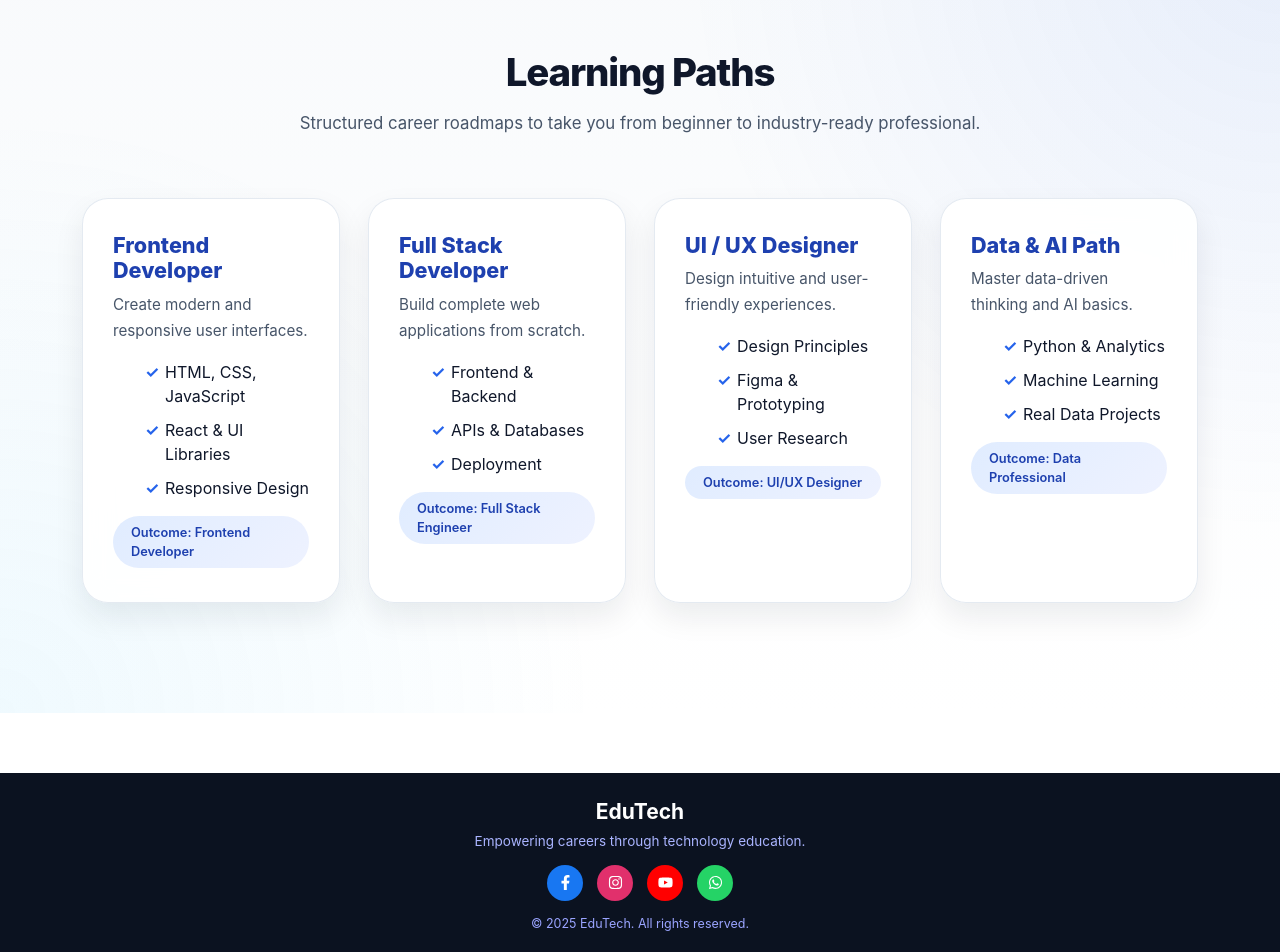
Repository: Aswin74k/project-2
Page: /
These files come from the project's save history. The page is drawn as it stood at one moment and after the next save; the edit follows.
The browser window is 1280 px wide. The pictures show the part of the page from y = 2183 to 3135 px (the page is 3135 px tall).
The project was rebuilt for these pictures with package versions that can differ from the ones it lists, and the page was loaded fresh each time. Also part of the build but not shown: vite.config.js, src/project/course.css, src/project/Course.jsx, src/project/About.css, src/project/About.jsx, src/project/Enroll.css, src/project/Enroll.jsx, src/project/contact.css and 2 more.

Above is the page before, as saved 2025-12-25 19:30:11.

After the next save:
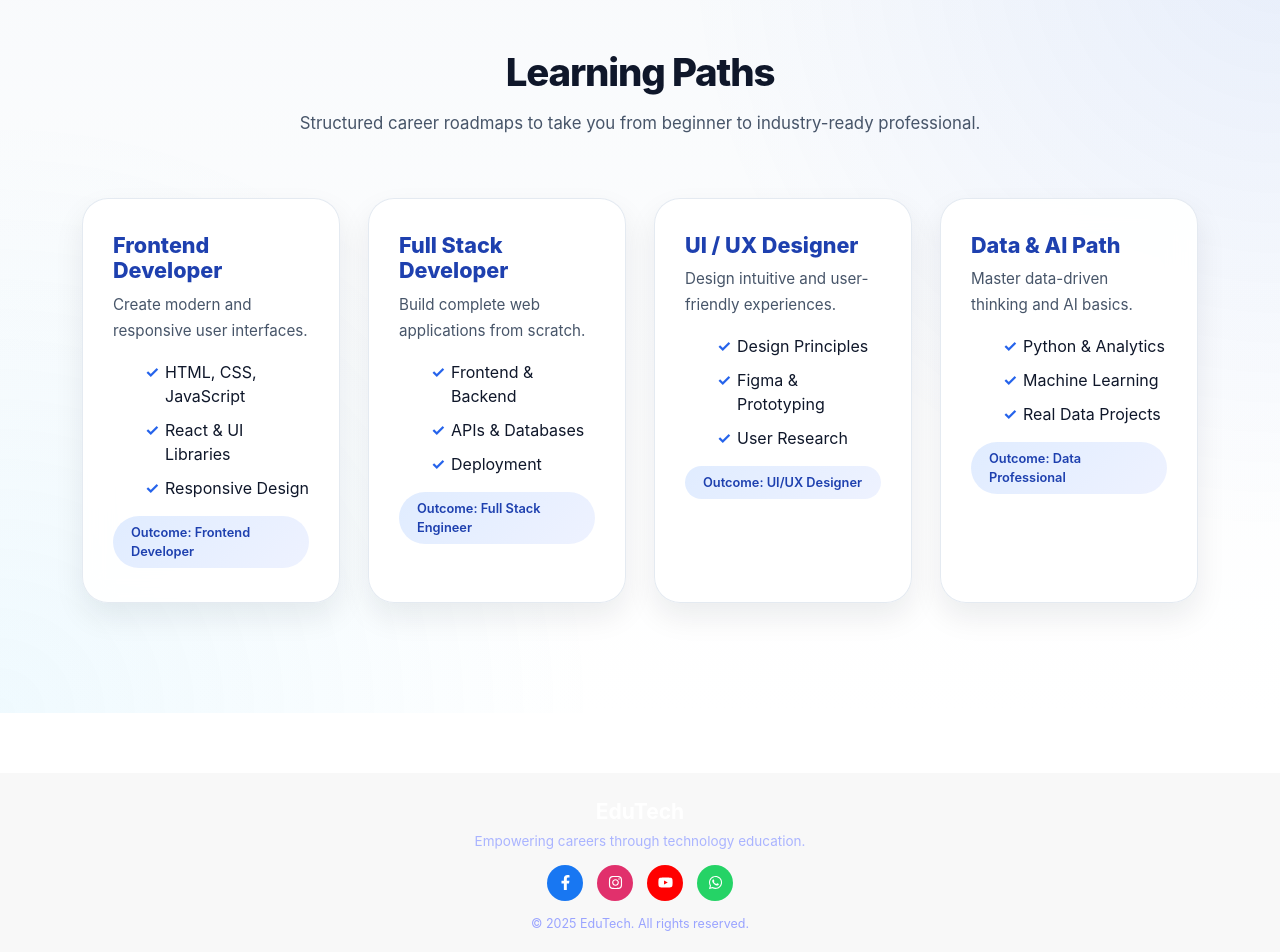
Saved 39 s later.
--- a/src/project/Home.css
+++ b/src/project/Home.css
@@ -281,7 +281,7 @@
    FOOTER (POLISHED & COMPACT)
 ========================= */
 .footer {
-  background: #0b1220;
+  background: #f8f8f8;
   color: #cfd8ff;
   padding: 26px 0 18px;
   margin-top: 60px;
